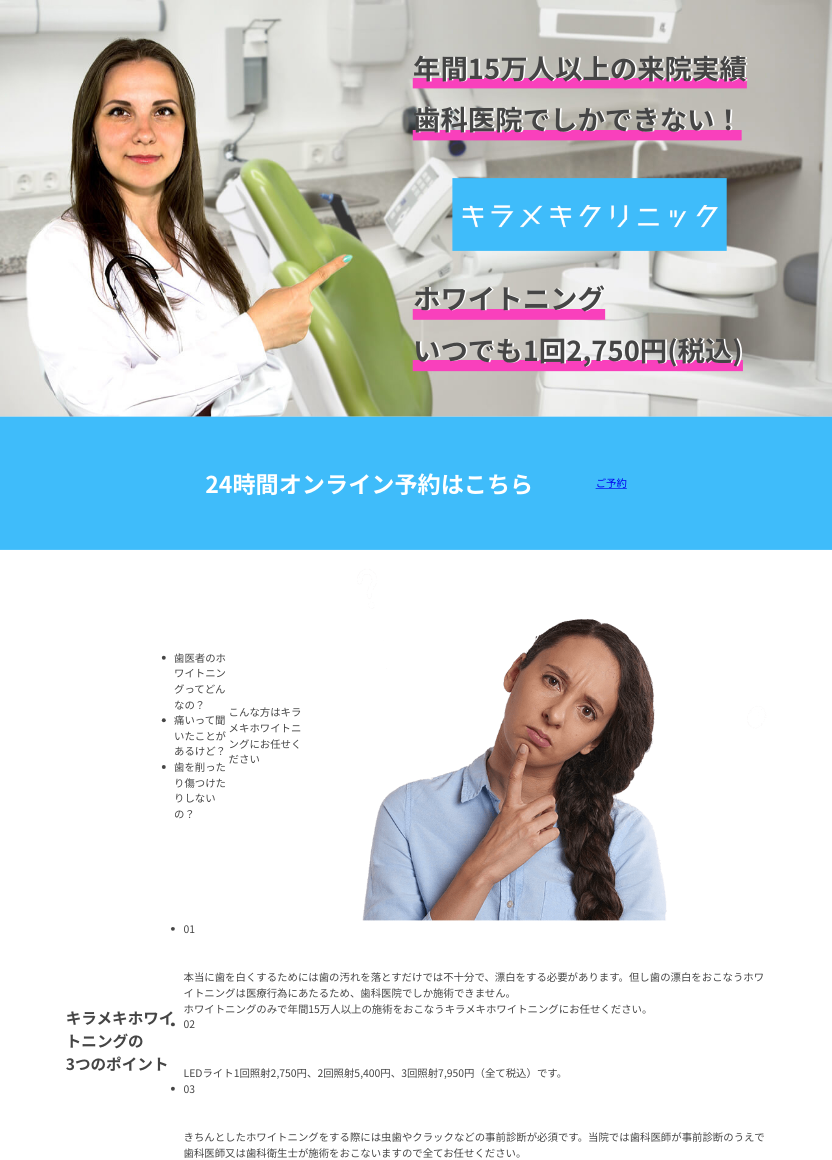
Repository: ryu-nuno/tech_academy_subwork
Page: first/index.html
The author's editor kept a record of every edit. The page is drawn from the files as they stood at one moment, then again after the next edit.
The browser window is 1280 px wide. The pictures show the whole page, at 65% of full size.
Some web libraries are served in a nearby version.

Above is the page before.

### first/index.html
<!DOCTYPE html>
<html lang="ja">

  <head>
    <title>first</title>
  <meta charset="utf-8">
  <meta name="description" content="kirameki clinic">
  <meta name="viewport" content="width=device-width, initial-scale=1">
  <meta property="og:site_name" content="キラメキクリニック｜歯科医院でホワイトニング" />
  <meta property="og:title" content="キラメキクリニック｜歯科医院でホワイトニング">
  <meta property="og:description" content="キラメキクリニックは、年間15万人以上の来院実績がある歯科医院です。有資格者によるプロの施術を1回2,750円〜で手軽にホワイトニングができます。ホワイトニングをしてみたい方はお問い合わせの上ぜひご来院ください！">
  <meta property="og:type" content="article">
  <meta property="og:url" content="https://demo.techacademy.jp/sidejob-selfstudy1/">
  <meta property="og:image" content="https://demo.techacademy.jp/sidejob-selfstudy1/images/main_pc.jpg">
  <meta property="og:locale" content="ja_JP">
  <link rel="stylesheet" href="assets/ress/ress.min.css">
  <link rel="stylesheet" href="css/style.css">
  <script src="https://kit.fontawesome.com/ab2670e4fc.js" crossorigin="anonymous"></script>
  </head>

  <body>
    <header class="container">
    <div class="contents_width">
      <div class="wrapper">
        <h1>
          <span>年間15万人以上の来院実績</span>
          <span>歯科医院でしかできない！</span>
          <img src="img/logo_top.png" alt="キラメキクリニック">
        </h1>
        <p>
          <span>ホワイトニング</span>
          <span>いつでも1回2,750円(税込)</span>
        </p>
      </div>
    </div>
  </header>

  <section class="contact container">
    <div class="contents_width">
      <h3>24時間オンライン予約はこちら</h3>
      <a href="#" class="hoverflash">ご予約</a>
    </div>
  </section>

  <section class="interest bg_stripe container">
    <div class="contents_width">
      <h3>ホワイトニングには興味あるけど…</h3>
      <ul>
        <li>歯医者のホワイトニングってどんなの？</li>
        <li>痛いって聞いたことがあるけど？</li>
        <li>歯を削ったり傷つけたりしないの？</li>
      </ul>
      <p>こんな方はキラメキホワイトニングにお任せください</p>
      <img src="img/thinking_w.png" alt="ホワイトニングの疑問イメージ">
    </div>
  </section>

  <section class="point container">
    <div class="contents_width">
      <h2>キラメキホワイトニング<span class="no-sp">の</span><br class="no-pc">3つのポイント</h2>
      <ul>
        <li class="flex">
          <span>01</span>
          <div>
            <h3>歯科医院でしかできないホワイトニングです。</h3>
            <p>
              本当に歯を白くするためには歯の汚れを落とすだけでは不十分で、漂白をする必要があります。但し歯の漂白をおこなうホワイトニングは医療行為にあたるため、歯科医院でしか施術できません。<br>
              ホワイトニングのみで年間15万人以上の施術をおこなうキラメキホワイトニングにお任せください。
            </p>
          </div>
        </li>
        <li class="flex">
          <span>02</span>
          <div>
            <h3>LEDライトの照射回数毎のシンプルな料金設定。</h3>
            <p>
              LEDライト1回照射2,750円、2回照射5,400円、3回照射7,950円（全て税込）です。
            </p>
          </div>
        </li>
        <li class="flex">
          <span>03</span>
          <div>
            <h3>有資格者によるプ口の施術。</h3>
            <p>
              きちんとしたホワイトニングをする際には虫歯やクラックなどの事前診断が必須です。当院では歯科医師が事前診断のうえで歯科医師又は歯科衛生士が施術をおこないますので全てお任せください。
            </p>
          </div>
        </li>
      </ul>
    </div>
  </section>
  </body>

### first/assets/ress/ress.min.css
/*!
 * ress.css • v4.0.0
 * MIT License
 * github.com/filipelinhares/ress
 */html{box-sizing:border-box;-webkit-text-size-adjust:100%;word-break:normal;-moz-tab-size:4;tab-size:4}*,:after,:before{background-repeat:no-repeat;box-sizing:inherit}:after,:before{text-decoration:inherit;vertical-align:inherit}*{padding:0;margin:0}hr{overflow:visible;height:0;color:inherit}details,main{display:block}summary{display:list-item}small{font-size:80%}[hidden]{display:none}abbr[title]{border-bottom:none;text-decoration:underline;text-decoration:underline dotted}a{background-color:transparent}a:active,a:hover{outline-width:0}code,kbd,pre,samp{font-family:monospace,monospace}pre{font-size:1em}b,strong{font-weight:bolder}sub,sup{font-size:75%;line-height:0;position:relative;vertical-align:baseline}sub{bottom:-.25em}sup{top:-.5em}table{border-color:inherit;text-indent:0}input{border-radius:0}[disabled]{cursor:default}[type=number]::-webkit-inner-spin-button,[type=number]::-webkit-outer-spin-button{height:auto}[type=search]{-webkit-appearance:textfield;outline-offset:-2px}[type=search]::-webkit-search-decoration{-webkit-appearance:none}textarea{overflow:auto;resize:vertical}button,input,optgroup,select,textarea{font:inherit}optgroup{font-weight:700}button{overflow:visible}button,select{text-transform:none}[role=button],[type=button],[type=reset],[type=submit],button{cursor:pointer;color:inherit}[type=button]::-moz-focus-inner,[type=reset]::-moz-focus-inner,[type=submit]::-moz-focus-inner,button::-moz-focus-inner{border-style:none;padding:0}[type=button]::-moz-focus-inner,[type=reset]::-moz-focus-inner,[type=submit]::-moz-focus-inner,button:-moz-focusring{outline:1px dotted ButtonText}[type=reset],[type=submit],button,html [type=button]{-webkit-appearance:button}button,input,select,textarea{background-color:transparent;border-style:none}a:focus,button:focus,input:focus,select:focus,textarea:focus{outline-width:0}select{-moz-appearance:none;-webkit-appearance:none}select::-ms-expand{display:none}select::-ms-value{color:currentColor}legend{border:0;color:inherit;display:table;white-space:normal;max-width:100%}::-webkit-file-upload-button{-webkit-appearance:button;color:inherit;font:inherit}img{border-style:none}progress{vertical-align:baseline}[aria-busy=true]{cursor:progress}[aria-controls]{cursor:pointer}[aria-disabled=true]{cursor:default}

### first/css/style.css
@charset "UTF-8"; /* 文字コードの指定 */
@import url('https://fonts.googleapis.com/css2?family=Noto+Sans+JP:wght@400;700;900&display=swap');
@import url('https://fonts.googleapis.com/css2?family=Noto+Serif+JP:wght@400;700&display=swap');


body{

    color: #454545;
    font-family: "Noto Sans JP", "Helvetica Neue", Arial, "Hiragino Kaku Gothic ProN", "Hiragino Sans", Meiryo, sans-serif;
}

header{
    background-image: url(../img/main_pc.jpg);
    background-size: cover;
    height: 50.073vw;
    background-position: top left;
}

.container{
    padding: 0 7.9vw;
}

.contents_width{
    display: flex;
    height:100%;
    justify-content:flex-end;
    align-items:center;
}

.wrapper{
    width:42.4567vw;
}

.wrapper h1{
    font-size: 0;
}

.wrapper span{
    font-weight: 900;
    display: inline-block;
    font-size: 3.294vw;
    line-height: 5.2vw;
    background: linear-gradient(transparent 75%, #f940bc 0%);
    text-shadow: 0.2vw 0 #fff;
}

.wrapper span+span {
    margin: 0.8rem 0 0;
}

header .wrapper img {
    display: block;
    margin: 4.53vw auto 3.074vw;
    max-width: 32.942vw;
    width: 100%;
}

.contact {
    background-color: #3fbcfa;
    padding-top: 6.002vw;
    padding-bottom: 6.002vw;
}

.contact .contents_width {
    display: flex;
    justify-content: center;
    align-items: center;
    gap: 6rem;
}

.contents_width h3{
 font-size: 2.7818vw;
 color: #FFFFFF;
}

.contents_width a{

}

After the next edit:
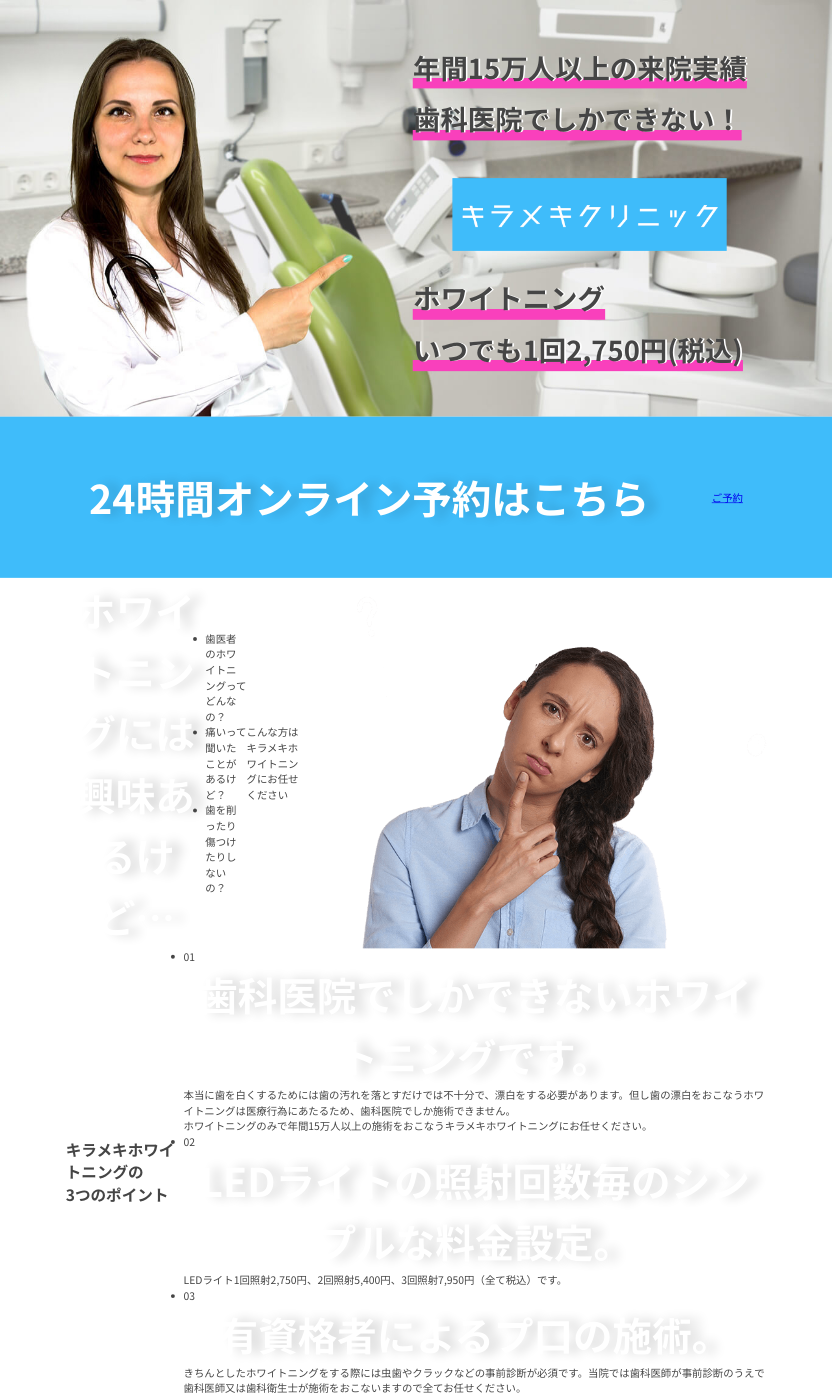
The edit:
--- a/first/css/style.css
+++ b/first/css/style.css
@@ -71,6 +71,10 @@
 .contents_width h3{
  font-size: 2.7818vw;
  color: #FFFFFF;
+ font-size: 3.8rem;
+line-height: calc(59 / 38);
+text-align: center;
+text-shadow: 1rem 0 1rem rgb(0 0 0 / 16%);
 }
 
 .contents_width a{
